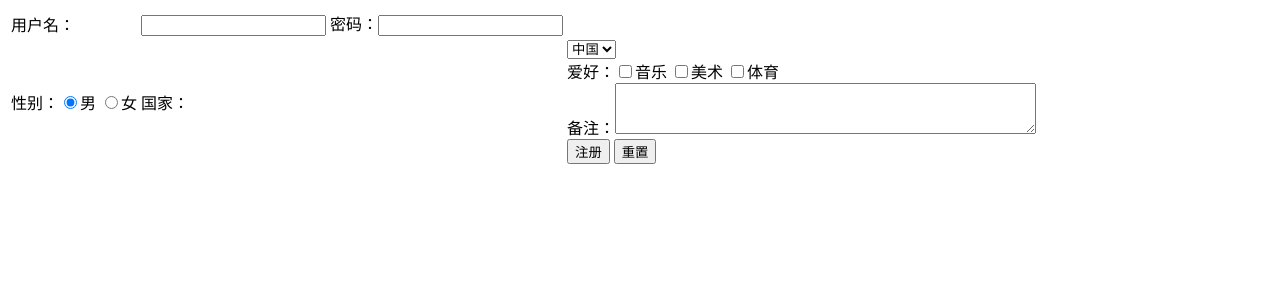
Repository: Lansefanggezi/JavaWeb
Page: HelloServlet/WebContent/Register.html
An editor plug-in stored every save of this project. The page is shown before and after the next save, followed by the edit.
The browser window is 1280 px wide. The pictures show the whole page.

Above is the page before, as saved 2018-03-29 08:40:04.

After the next save:
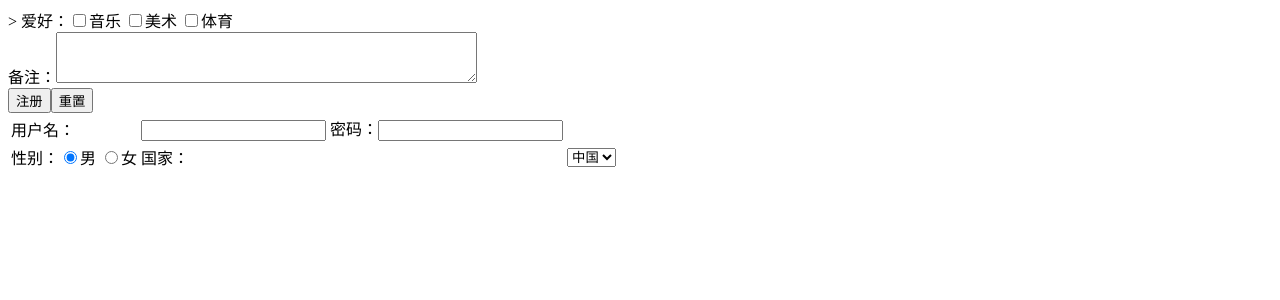
Saved 10 s later.
--- a/HelloServlet/WebContent/Register.html
+++ b/HelloServlet/WebContent/Register.html
@@ -27,7 +27,7 @@
 				<option value="riben">日本</option>
 				<option value="chaoxian">朝鲜</option>
 			</select>
-		<br>
+		</td>>
 		爱好：<input type="checkbox" name="likes" value="音乐">音乐
 				<input type="checkbox" name="likes" value="美术">美术
 				<input type="checkbox" name="likes" value="体育">体育
